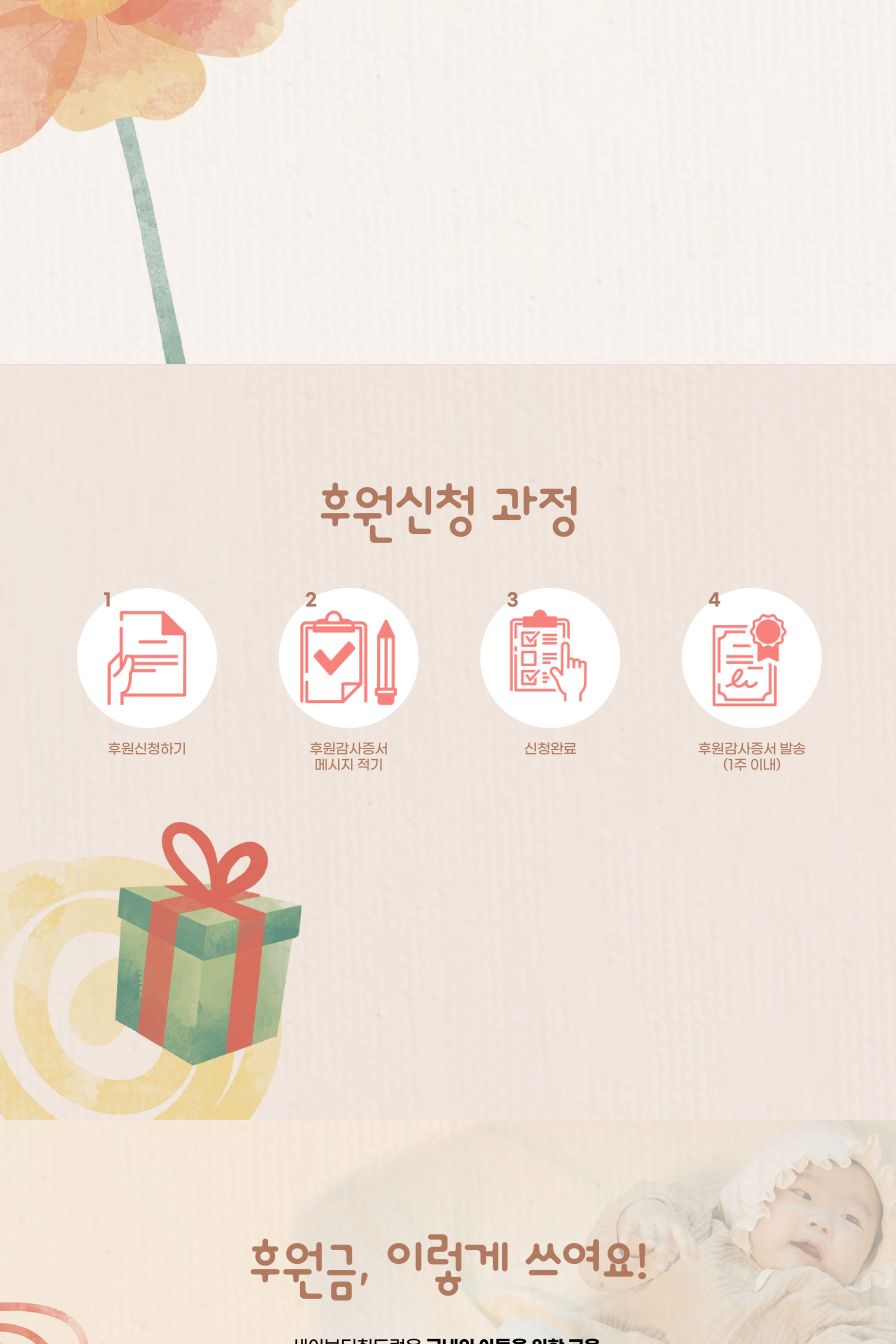
Repository: dlgywls1130/save_the_children
Page: index.html
These files come from the project's save history. The page is drawn as it stood at one moment and after the next save; the edit follows.
The browser window is 1280 px wide. The pictures show the part of the page from y = 4580 to 6500 px (the page is 6880 px tall), at 70% of full size.

Above is the page before, as saved 2023-12-13 10:54:03.

### index.html
<!DOCTYPE html>
<html lang="en">
<head>
    <meta charset="UTF-8">
    <meta name="viewport" content="width=device-width, initial-scale=1.0">
    <title>세이브더칠드런</title>

    <link rel="stylesheet" href="./css/reset.css">
    <link rel="stylesheet" href="./css/style.css">
</head>
<body>
    <div class="content_body">
        <section class="section_wrapper section01">
            <div class="se01 se_wrapper">
                <div class="se01_sub">
                    <div class="sub_logo">
                        <img src="./img/logo01.png" alt="logo">
                    </div>
                    <p>우리 아기 좋은 날 기부</p>
                </div>
                <p class="seo01_title">
                    아가야,
                </p>
                <p class="seo01_title_two">
                    너의 <span>탄생</span> 순간을 축하해!
                </p>
                <p class="section_descript mb-45">
                    처음 아기의 심장 소리를 들었던 순간,
                    <br>여린 아가의 성장이 실감나던 배냇짓,
                    <br>기적 같았던 백일,
                    <br>그리고 아이의 첫 생일인 첫돌...
                </p>
                <p class="section_descript">
                    아이의 건강과 행복을 바라는 마음을 담아,
                    <br>내 아이의 소중한 순간을 기부로 기념해보세요.
                    <br>함께 자라나는 다른 아이들에게도 큰 축복이 됩니다.
                </p>

                <a class="donation_link" href="javascript:void(0)">우리 아기 좋은 날 기부</a>
            </div>
        </section>
        <section class="section_wrapper section02">
            <div class="se02 se_wrapper">
                <div class="postit_wrapper">
                    <div class="postit postit01">
                        <p>우리 아들 우현이의<br>
                        200일을 축하해.<br>
                        건강하게 자라줘서 고마워 ❤<br>
                        늘 사랑받고 받은 사랑만큼<br>
                        베풀 수 있는 건강하고<br>
                        멋진 아들이 되길 바래!</p>
                    </div>
                    <div class="postit postit02">
                        <p>우리 새로아<Br>
                        백일 동안 무럭무럭 자라줘서<Br>
                        고마워~앞으로도 건강하고<Br>
                        우리 같이 재미있게 많이 놀자.<Br>
                        엄마,아빠가 많이 사랑해.</p>
                    </div>
                    <div class="postit postit03">
                        <p>서진아<br>
                        우리에게 와줘서 고마워<br>
                        건강하고 행복하게 자라렴.<br>
                        사랑해♡      </p>
                    </div>
                    <div class="postit postit04">
                        <p>보미야<br>
                        첫 번째 생일 축하해<br>
                        너의 존재가 온 세상에<br>
                        봄이길 바랄게!   </p>
                    </div>
                    <div class="postit postit05">
                        <p>사랑하는 도현이의<br>
                        첫 어린이날과 첫돌을<br>
                        기념하며, <br>
                        이웃을 사랑하는<br>
                        멋진 사람으로 자라길</p>

                    </div>
                </div>
                <p class="ex_text">*소개한 사연은 모두 실제 사연입니다.</p>

            </div>
        </section>
        <section class="section_wrapper section03">
            <div class="se_wrapper se03">
                <div class="se_title_co">
                    아기의 좋은 날을 기념해 주신 모든 분들께
                    <br>후원감사증서를 보내드립니다.
                </div>
                <div class="se_sub_co">
                    후원감사증서는 아기에게 남기고 싶은 메시지와 아기의 좋은 날이 담긴 사진을 보관할 수 있도록
                    <br>만들어드립니다. 먼 훗날, 아기가 성장해 읽게 될 날을 그리며 편지를 써보세요.
                </div>
            </div>

        </section>
        <section class="section_wrapper section04">
            <div class="se_wrapper se04">
                <div class="se_title_co">
                    이름 자수 순면거즈블랭킷
                </div>
                <div class="se_sub_co">
                    30만원 이상 후원하신 분들께는 순면 거즈 아기 블랭킷(90*110)에
                    <Br>원하시는 이름(영문)을 예쁘게 수놓아 드립니다.
                </div>

                <div class="se04_slide">
                    <div class="se04_slide_list">
                        <img src="">
                    </div>
                    <div class="se04_slide_list">
                        <img src="">
                    </div>
                    <div class="se04_slide_list">
                        <img src="">
                    </div>
                </div>
            </div>
        </section>
        <section class="section_wrapper section05">
            <div class="se_wrapper se05">
                <div class="se_title_co">
                    후원신청 과정
                </div>

                <div class="se_step_list">
                    <div class="se_step">
                        <p class="step_number">1</p>
                        <div class="step_ico">
                            <img src="./img/icon01.png" alt="img">
                        </div>
                        <p class="step_descript">
                            후원신청하기
                        </p>
                    </div>
                    <div class="se_step">
                        <p class="step_number">2</p>
                        <div class="step_ico">
                            <img src="./img/icon02.png" alt="img">
                        </div>
                        <p class="step_descript">
                            후원감사증서
                            <br>메시지 적기
                        </p>
                    </div>
                    <div class="se_step">
                        <p class="step_number">3</p>
                        <div class="step_ico">
                            <img src="./img/icon03.png" alt="img">
                        </div>
                        <p class="step_descript">
                            신청완료
                        </p>
                    </div>
                    <div class="se_step">
                        <p class="step_number">4</p>
                        <div class="step_ico">
                            <img src="./img/icon04.png" alt="img">
                        </div>
                        <p class="step_descript">
                            후원감사증서 발송
                            <Br>(1주 이내)
                        </p>
                    </div>
                </div>
            </div>

        </section>
        <section class="section_wrapper section06">
            <div class="se_wrapper se06">
                <div class="se_title_co">
                    후원금, 이렇게 쓰여요!
                </div>
                <div class="se_sub_co">
                    세이브더칠드런은 <span>국내외 아동을 위한 교육,
                    <Br>보호, 보건영양지원, 아동권리옹호</span> 등의 활동을 해나가고 있습니다.
                </div>
                <div class="se_sub_co">
                    보내주신 후원금은 정치, 종교, 인종에 관계없이 모든 아이를 구해야 한다는
                    <Br>세이브더칠드런의 신념에 따라 <span>가장 도움 필요한 아이를 위해 우선 사용</span>됩니다.
                </div>
            </div>

        </section>
        <section class="section_wrapper section07">

        </section>
        <section class="section_wrapper section08">

        </section>
    </div>
</body>
</html>

### css/reset.css


html, body, div, span, applet, object, iframe,
h1, h2, h3, h4, h5, h6, p, blockquote, pre,
a, abbr, acronym, address, big, cite, code,
del, dfn, em, img, ins, kbd, q, s, samp,
small, strike, strong, sub, sup, tt, var,
b, u, i, center,
dl, dt, dd, ol, ul, li,
fieldset, form, label, legend,
table, caption, tbody, tfoot, thead, tr, th, td,
article, aside, canvas, details, embed,
figure, figcaption, footer, header, hgroup,
menu, nav, output, ruby, section, summary,
time, mark, audio, video {
	margin: 0;
	padding: 0;
	border: 0;
	font-size: 100%;
	font: inherit;
	vertical-align: baseline;
}

article, aside, details, figcaption, figure,
footer, header, hgroup, menu, nav, section {
	display: block;
}
body {
	line-height: 1;
}
ol, ul {
	list-style: none;
}
blockquote, q {
	quotes: none;
}
blockquote:before, blockquote:after,
q:before, q:after {
	content: '';
	content: none;
}
table {
	border-collapse: collapse;
	border-spacing: 0;
}

### css/style.css

/* root */
:root{
    --main-color:#B17A60;
    --pink-color:#F79497;
}


/* font */

/* dongle */
@font-face {
    font-family: 'Dongle';
    font-weight: 300;
    src: url('../font/Dongle-Light.ttf') format('ttf'),
    url('../font/Dongle-Light.woff') format('woff');
}

@font-face {
    font-family: 'Dongle';
    font-weight: 500;
    src: url('../font/Dongle-Regular.ttf') format('ttf'),
    url('../font/Dongle-Regular.woff') format('woff');
}

@font-face {
    font-family: 'Dongle';
    font-weight: 700;
    src: url('../font/Dongle-Bold.ttf') format('ttf'),
    url('../font/Dongle-Bold.woff') format('woff');
}


/* Gmarket */
@font-face {
    font-family: 'GmarketSans';
    font-weight: 300;
    src: url('../font/GmarketSansLight.ttf') format('ttf'),
    url('../font/GmarketSansLight.woff') format('woff');
}

@font-face {
    font-family: 'GmarketSans';
    font-weight: 500;
    src: url('../font/GmarketSansMedium.ttf') format('ttf'),
    url('../font/GmarketSansMedium.woff') format('woff');
}

@font-face {
    font-family: 'GmarketSans';
    font-weight: 700;
    src: url('../font/GmarketSansBold.ttf') format('ttf'),
    url('../font/GmarketSansBold.woff') format('woff');
}


/* nanumsqure */

@font-face {
    font-family: 'NanumSquare';
    font-weight: 400;
    src: url('../font/NanumSquareL.ttf') format('ttf'),
    url('../font/NanumSquareL.woff') format('woff');
}

@font-face {
    font-family: 'NanumSquare';
    font-weight: 500;
    src: url('../font/NanumSquareR.ttf') format('ttf'),
    url('../font/NanumSquareR.woff') format('woff');
}

@font-face {
    font-family: 'NanumSquare';
    font-weight: 600;
    src: url('../font/NanumSquareB.ttf') format('ttf'),
    url('../font/NanumSquareB.woff') format('woff');
}

@font-face {
    font-family: 'NanumSquare';
    font-weight: 700;
    src: url('../font/NanumSquareEB.ttf') format('ttf'),
    url('../font/NanumSquareEB.woff') format('woff');
}



/* scdream5 */
@font-face {
    font-family: 'SCDream5';
    src: url('../font/SCDream5.woff') format('woff'),
    url('../font/SCDream5.ttf') format('ttf'),
    url('../font/SCDream5.otf') format('otf');
}


.section_wrapper{
    max-width:1920px;
    width: 100%;

}

.se_wrapper{
    max-width: 1060px;
    margin: 0 auto;
    width: 100%;
    position: relative;
}


/* common */
.mb-45{margin-bottom: 45px;}
.mt-100{margin-top: 100px;}

/* section01 */


.section01{
    background: url('../img/back01.jpg') no-repeat;
    height: 1080px;

}

.se01{
    padding: 230px 0 70px;
    box-sizing: border-box;
}
.se01_sub{

    display: flex;
    align-items: center;
    margin-bottom: 30px;
}

.sub_logo{
    width: 198px;
    height: 65px;
    margin-right: 15px;
}

.sub_logo img{
    width: 100%;
    height: 100%;
    object-fit: contain;
}

.se01_sub p{
    width: 302px;
    height: 52px;
    background: #B17A60;
    border-radius: 20px;
    display: flex;
    align-items: center;
    justify-content: center;
    letter-spacing: -0.03em;
    font-size: 25px;
    font-weight: 700;
    font-family: 'GmarketSans',sans-serif;
    color: #fff;
}

.seo01_title{
    font-family: 'Dongle',sans-serif;
    font-weight: 500;
    font-size: 150px;
    color: var(--main-color);
    letter-spacing: -0.03em;
}

.seo01_title_two{
    font-family: 'Dongle',sans-serif;
    font-weight: 500;
    font-size: 120px;
    color: var(--main-color);
    letter-spacing: -0.03em;
    margin-top: -4%;
    margin-bottom: 50px;
}

.section_descript{
    font-size: 25px;
    line-height: 35px;
    font-family: 'GmarketSans';
    font-weight: 500;
    letter-spacing: -0.03em;
    color: #000;
}

.donation_link{
    width: 560px;
    height: 75px;
    border-radius: 100px;
    display: flex;
    align-items: center;
    justify-content: center;
    background: var(--pink-color);
    color: #fff;
    font-family: 'GmarketSans';
    font-size: 35px;
    font-weight: 700;
    letter-spacing: -0.03em;
    text-decoration: none;
    margin: 45px auto 0;
}
/* section02 */

.section02{
    height: 1340px;
    background: url('../img/back03.jpg') no-repeat;
}

.se02{
    padding: 76px 0 96px;
    box-sizing: border-box;
    height: 100%;
}
.postit_wrapper{
    width: 100%;
    position: relative;
    height: 1123px;
}

.ex_text{
    font-family: 'GmarketSans';
    font-size: 20px;
    font-weight: 500;
    letter-spacing: -0.03em;
}

.postit {
    position: absolute;
}
.postit p{
    font-family: 'SCDream5';
    font-size: 23px;
    line-height: 35px;
    text-align: center;
    display: flex;
    justify-content: center;
    align-items: center;
    height: 100%;
}

.postit01{
    background:url('../img/post04.png') no-repeat;
    width: 438px;
    height: 438px;
    background-size: contain;
    box-sizing: border-box;
    left: 64px;
    top: 0;

}

.postit01 p{
    transform: rotate(358deg);
    padding-top: 20px;
}

.postit02{
    background: url('../img/post05.png') no-repeat;
    width: 450px;
    height: 450px;
    background-size: contain;
    box-sizing: border-box;
    top: 0;
    right: 0;

}

.postit02 p{
    transform: rotate(10deg);
    padding-top: 20px;
}

.postit03{
    background:url('../img/post02.png') no-repeat;
    width: 400px;
    height: 400px;
    background-size: contain;
    box-sizing: border-box;
    left: 0;
    top: 31%;
    z-index: 1;
}

.postit03 p{
    transform: rotate(7deg);
    padding-top: 20px;
}

.postit04{
    background: url(../img/post03.png) no-repeat;
    width: 380px;
    height: 380px;
    background-size: cover;
    box-sizing: border-box;
    top: 39%;
    right: 0;
}

.postit04 p{
    transform: rotate(354deg);
}

.postit05{
    background:url('../img/post01.png') no-repeat;
    width: 390px;
    height: 390px;
    background-size: contain;
    box-sizing: border-box;
    top: 58%;
    left: -13px;
}

.postit05 p{
    transform: rotate(-9deg);
    padding-top: 20px;
}

/* section03 */

.section03{
    height: 1340px;
    background: url('../img/back04.jpg') no-repeat;
}

.se03{
    padding: 99px 0 96px;
    box-sizing: border-box;
    height: 100%;
}


.se_title_co{
    font-size: 120px;
    line-height: 120px;
    letter-spacing: -0.03em;
    font-family: 'Dongle';
    font-weight: 500;
    color: var(--main-color);
    text-align: center;
}

.se_sub_co{
    font-size: 25px;
    letter-spacing: -0.03em;
    line-height: 50px;
    font-family: 'GmarketSans';
    font-weight: 500;
    text-align: center;
    margin-top: 30px;
}

/* section04 */

.section04{
    height: 1340px;
    background: url('../img/back05.jpg') no-repeat;
}

.se04{
    padding: 120px 0 130px;
    box-sizing: border-box;
    height: 100%;
}

/* section05 */
.section05{
    height: 1080px;
    background: url('../img/back07.jpg') no-repeat;
}

.se05{
    padding: 150px 0 140px;
    box-sizing: border-box;
    height: 100%;
}

.se_step_list{
    display: flex;
    align-content: center;
    column-gap: 88px;
    margin-top: 50px;
}

.se_step_list .se_step{
    position: relative;
}

.step_number{
    font-size: 25px;
    letter-spacing: -0.03em;
    line-height: 35px;
    font-weight: 700;
    font-family: 'GmarketSans';
    position: absolute;
    left: 19%;
    top: 0;
    color: var(--main-color);
}

.se_step_list .se_step .step_ico{
    width: 200px;
    height: 200px;
    border-radius: 50%;
    background-color: #fff;
    display: flex;
    align-items: center;
    justify-content: center;
}

.se_step_list .se_step .step_ico img {
    width: 138px;
    height: 138px;
}

.step_descript{
    font-size: 20px;
    letter-spacing: -0.03em;
    line-height: 23px;
    font-weight: 500;
    font-family: 'GmarketSans';
    text-align: center;
    margin-top: 20px;
    color: var(--main-color);
}

/* section06 */
.section06{
    height:700px;
    background: url('../img/back06.jpg') no-repeat;
}

.se06{
    padding: 150px 0;
    height: 100%;
    box-sizing: border-box;
}


.se_sub_co span{
    font-weight: 700;
}
/* section07 */

/* section08 */

After the next save:
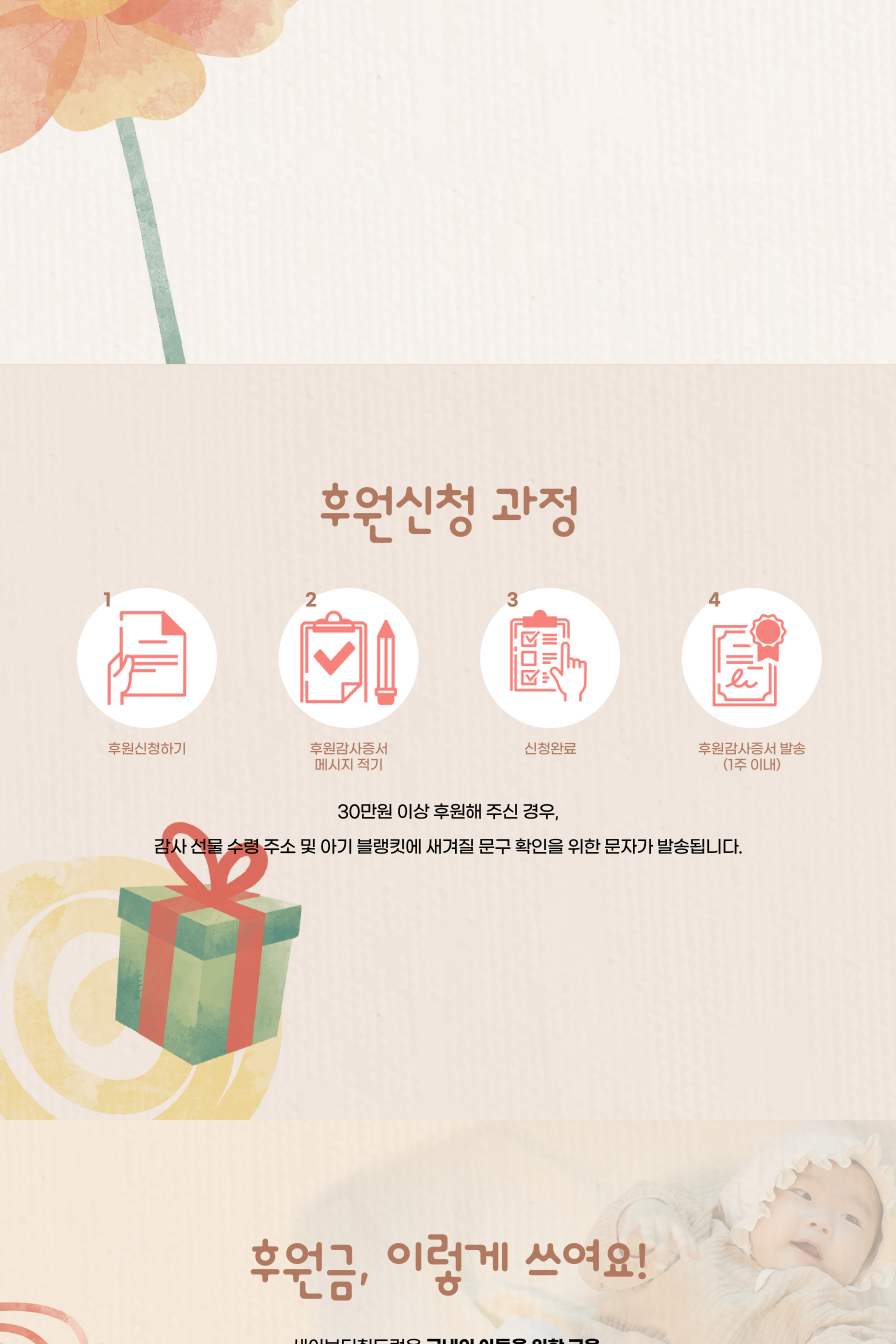
Saved 1 s later.
--- a/index.html
+++ b/index.html
@@ -164,6 +164,11 @@
                         </p>
                     </div>
                 </div>
+
+                <div class="se_sub_co mt-100">
+                    30만원 이상 후원해 주신 경우,
+                    <br>감사 선물 수령 주소 및 아기 블랭킷에 새겨질 문구 확인을 위한 문자가 발송됩니다.
+                </div>
             </div>
 
         </section>
